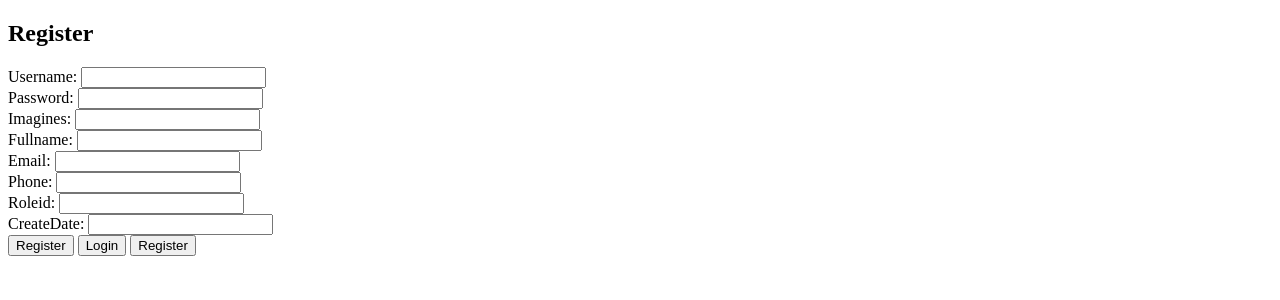
Repository: thuctrantrong/DBconnect
Page: http://localhost/LaptrinhData/views/register.jsp
An editor plug-in stored every save of this project. The page is shown before and after the next save, followed by the edit.
The browser window is 1280 px wide. The pictures show the whole page.
The page is served by Tomcat 10. Other server files are loaded and not shown.

Above is the page before, as saved 2024-09-15 08:44:31.

### LaptrinhData/src/main/webapp/views/register.jsp
<%@ page language="java" contentType="text/html; charset=UTF-8"
    pageEncoding="UTF-8"%>
<!DOCTYPE html>
<html>
<head>
<meta charset="UTF-8">
<title>Insert title here</title>

<script>
    function redirectToRegister() {
        // Chuyển hướng đến trang đăng ký
        window.location.href = "views/register.jsp"; // Thay đổi URL đến trang JSP bạn muốn mở
    }
</script>
</head>
<body>
  <div class="register-container">
        <h2>Register</h2>
        <c:if test="${alert !=null}">
			<h3 class="alert alertdanger">${alert}</h3>
		</c:if>
        <form class="modal-content animate" action="/LaptrinhData/register" method="post">
            <div>
            <label for="username">Username:</label>
            <input type="text" id="username" name="username" required>
            </div>


            <div>
				<label for="password">Password:</label>
				<input type="password" id="password" name="password" required>
            </div>
				<label for="imagines">Imagines:</label>
            	<input type="text" id="imagines" name="imagines" required>
			<div>
				<label for="fullname">Fullname:</label>
            	<input type="text" id="fullname" name="fullname" required>
            </div>
             	<label for="email">Email:</label>
            	<input type="text" id="email" name="email" required>
            <div>
				<label for="phone">Phone:</label>
            	<input type="text" id="phone" name="phone" required>
            </div>
            	<label for="roleid">Roleid:</label>
            	<input type="text" id="roleid" name="roleid" required>
            <div>
				<label for="createDate">CreateDate:</label>
            	<input type="text" id="createDate" name="createDate" required>
            </div>
           		 <input type="submit" value="Register">
           		 <button type="submit">Login</button>
			<input type="button" value="Register" onclick="redirectToRegister()">
            <div>
			<section>


		</section>
            </div>

        </form>
    </div>
</body>
</html>

After the next save:
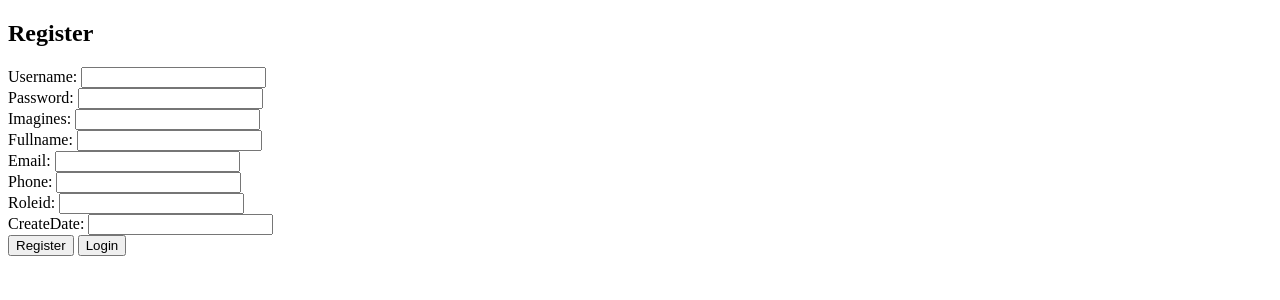
Saved 47 s later.
--- a/LaptrinhData/src/main/webapp/views/register.jsp
+++ b/LaptrinhData/src/main/webapp/views/register.jsp
@@ -7,9 +7,9 @@
 <title>Insert title here</title>
 
 <script>
-    function redirectToRegister() {
+    function redirectToLogin() {
         // Chuyển hướng đến trang đăng ký
-        window.location.href = "views/register.jsp"; // Thay đổi URL đến trang JSP bạn muốn mở
+        window.location.href = "views/loginw.jsp"; // Thay đổi URL đến trang JSP bạn muốn mở
     }
 </script>
 </head>
@@ -49,8 +49,7 @@
             	<input type="text" id="createDate" name="createDate" required>
             </div>
            		 <input type="submit" value="Register">
-           		 <button type="submit">Login</button>
-			<input type="button" value="Register" onclick="redirectToRegister()">
+			<input type="button" value="Login" onclick="redirectToLogin()">
             <div>
 			<section>
 
